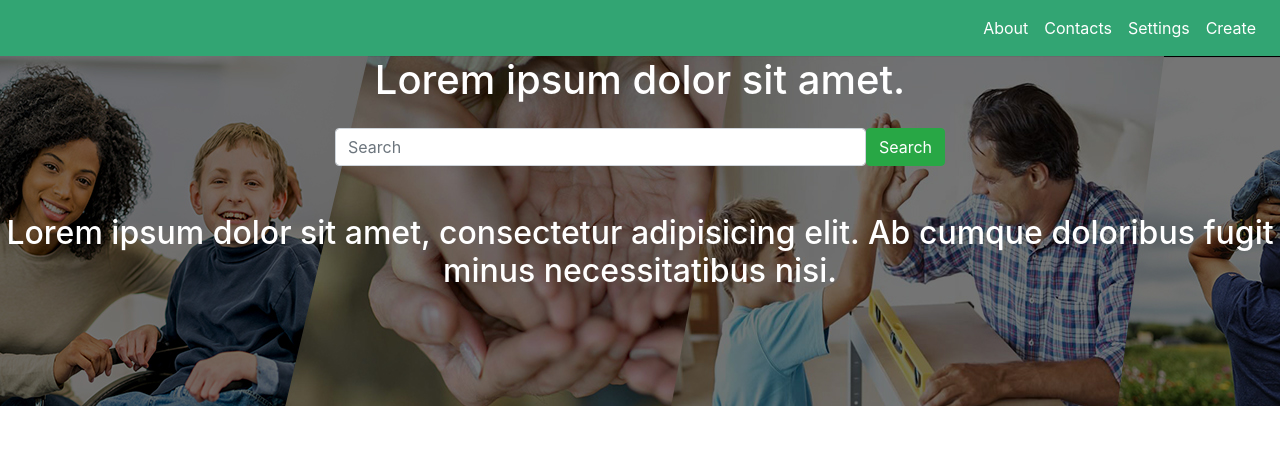
Repository: abduvali-aminov/fond
Page: http://localhost/main
These files come from the project's save history. The page is drawn as it stood at one moment and after a run of saves; the edit follows.
The browser window is 1280 px wide. The pictures show the whole page.
The page is served by the project's Laravel application, run on PHP 8.4 with Laravel 8. Other server files are loaded and not shown.

Above is the page before, as saved 2021-01-18 12:53:22.

### routes/web.php
<?php

use App\Http\Controllers\AppliesController;
use App\Http\Controllers\MainController;
use Illuminate\Support\Facades\Route;

/*
|--------------------------------------------------------------------------
| Web Routes
|--------------------------------------------------------------------------
|
| Here is where you can register web routes for your application. These
| routes are loaded by the RouteServiceProvider within a group which
| contains the "web" middleware group. Now create something great!
|
*/

Route::get('/', function () {
    return view('welcome');
});

Route::get('/apply', [AppliesController::class, 'index'])->name('apply');
Route::get('/apply-create', [AppliesController::class, 'create'])->name('apply-create');
Route::post('/apply-store', [AppliesController::class, 'store'])->name('apply-store');
Route::get('/main', [MainController::class, 'index'])->name('main');

### app/Http/Controllers/MainController.php
<?php

namespace App\Http\Controllers;

use Illuminate\Http\Request;

class MainController extends Controller
{
    public function index()
    {
        return view('main.index');
    }
}

### resources/views/main/index.blade.php
@extends('main.main')
@section('content')

    <div  style="height: 350px;background-image:url('{{ asset('images/photo_3.jpg') }}');position:relative">
        <center>
            <div>
                <h1 class="text-white">Lorem ipsum dolor sit amet.</h1>
                <form class="d-flex col-6 mt-4">
                    <input class="form-control" type="search" placeholder="Search" aria-label="Search">
                    <button class="btn btn-success" type="submit">Search</button>
                </form>
                <h2 class="text-center text-white mt-5">Lorem ipsum dolor sit amet, consectetur adipisicing elit. Ab cumque doloribus fugit minus necessitatibus nisi.</h2>
            </div>
        </center>
    </div>

@endsection

### resources/views/main/main.blade.php
<!DOCTYPE html>
<html lang="en">
<head>
    <meta charset="UTF-8">
    <meta name="viewport" content="width=device-width, initial-scale=1.0">
    <meta http-equiv="X-UA-Compatible" content="ie=edge">
    <title>Document</title>

    <!-- Including the bootstrap CDN -->
    <link rel="stylesheet" href=
    "https://maxcdn.bootstrapcdn.com/bootstrap/4.4.1/css/bootstrap.min.css">
        <link rel="stylesheet" href="https://cdnjs.cloudflare.com/ajax/libs/font-awesome/4.7.0/css/font-awesome.min.css">
        <style>
            #navbar {
                /*margin-top: 20px;*/
                -webkit-text-fill-color: white;
                background-color: #32a573;
                /*position:fixed;*/
                /*top:0;*/
            }
        </style>
</head>

<body>

    <!-- Creating a navigation bar using the
            .navbar class of bootstrap -->
    <nav class="navbar navbar-expand-sm  " id="navbar">
        <ul class="navbar-nav ml-auto">
            <li class="nav-item">
                <a class="nav-link" href="#">
                    About
                </a>
            </li>
            <li class="nav-item">
                <a class="nav-link" href="#">
                    Contacts
                </a>
            </li>
            <li class="nav-item">
                <a class="nav-link" href="#">
                    Settings
                </a>
            </li>
            <li class="nav-item">
                <a class="nav-link" href="{{ route('apply-create') }}">
                    Create
                </a>
            </li>
        </ul>
    </nav>
</body>

</html>
    @yield('content')



    <!-- JS, Popper.js, and jQuery -->
    <script src="https://code.jquery.com/jquery-3.5.1.slim.min.js" integrity="sha384-DfXdz2htPH0lsSSs5nCTpuj/zy4C+OGpamoFVy38MVBnE+IbbVYUew+OrCXaRkfj" crossorigin="anonymous"></script>
    <script src="https://cdn.jsdelivr.net/npm/popper.js@1.16.1/dist/umd/popper.min.js" integrity="sha384-9/reFTGAW83EW2RDu2S0VKaIzap3H66lZH81PoYlFhbGU+6BZp6G7niu735Sk7lN" crossorigin="anonymous"></script>
    <script src="https://stackpath.bootstrapcdn.com/bootstrap/4.5.2/js/bootstrap.min.js" integrity="sha384-B4gt1jrGC7Jh4AgTPSdUtOBvfO8shuf57BaghqFfPlYxofvL8/KUEfYiJOMMV+rV" crossorigin="anonymous"></script>

</html>

Loaded but not shown: app/Http/Controllers/Controller.php (common file)

After the next 3 saves:
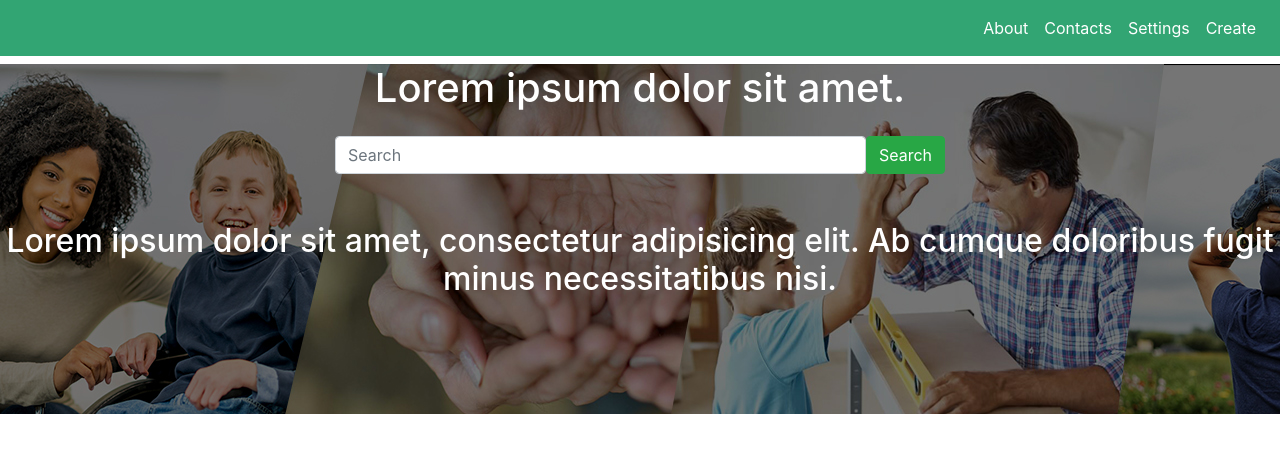
The 3 saves are shown as one change because they came seconds apart.
The last was saved 14 s later.
--- a/resources/views/main/index.blade.php
+++ b/resources/views/main/index.blade.php
@@ -2,7 +2,7 @@
 @section('content')
 
     <div  style="height: 350px;background-image:url('{{ asset('images/photo_3.jpg') }}');position:relative">
-        <center>
+        <center class="mt-2">
             <div>
                 <h1 class="text-white">Lorem ipsum dolor sit amet.</h1>
                 <form class="d-flex col-6 mt-4">

After the save that followed:
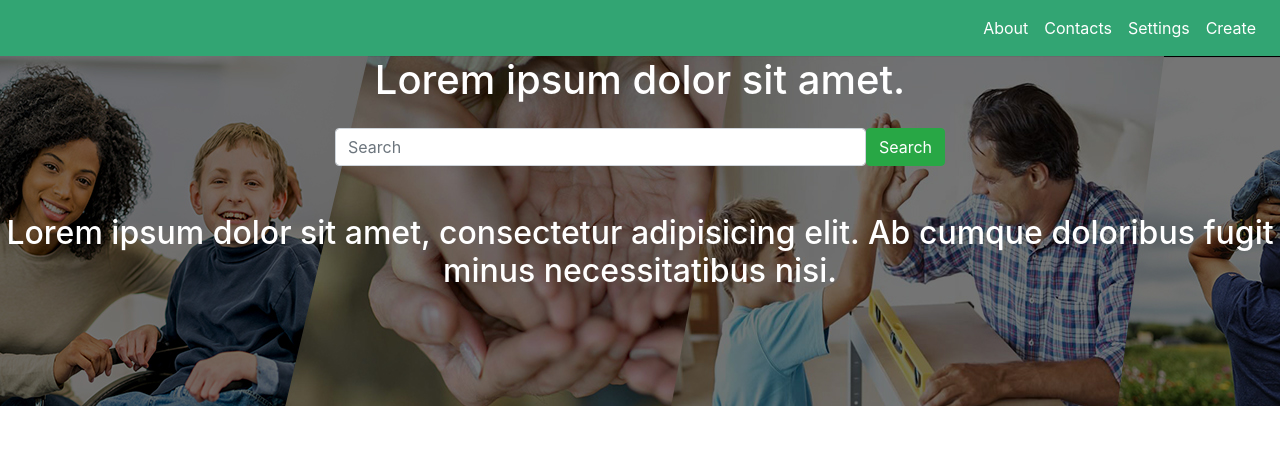
Saved 5 s later.
--- a/resources/views/main/index.blade.php
+++ b/resources/views/main/index.blade.php
@@ -2,7 +2,7 @@
 @section('content')
 
     <div  style="height: 350px;background-image:url('{{ asset('images/photo_3.jpg') }}');position:relative">
-        <center class="mt-2">
+        <center >
             <div>
                 <h1 class="text-white">Lorem ipsum dolor sit amet.</h1>
                 <form class="d-flex col-6 mt-4">
